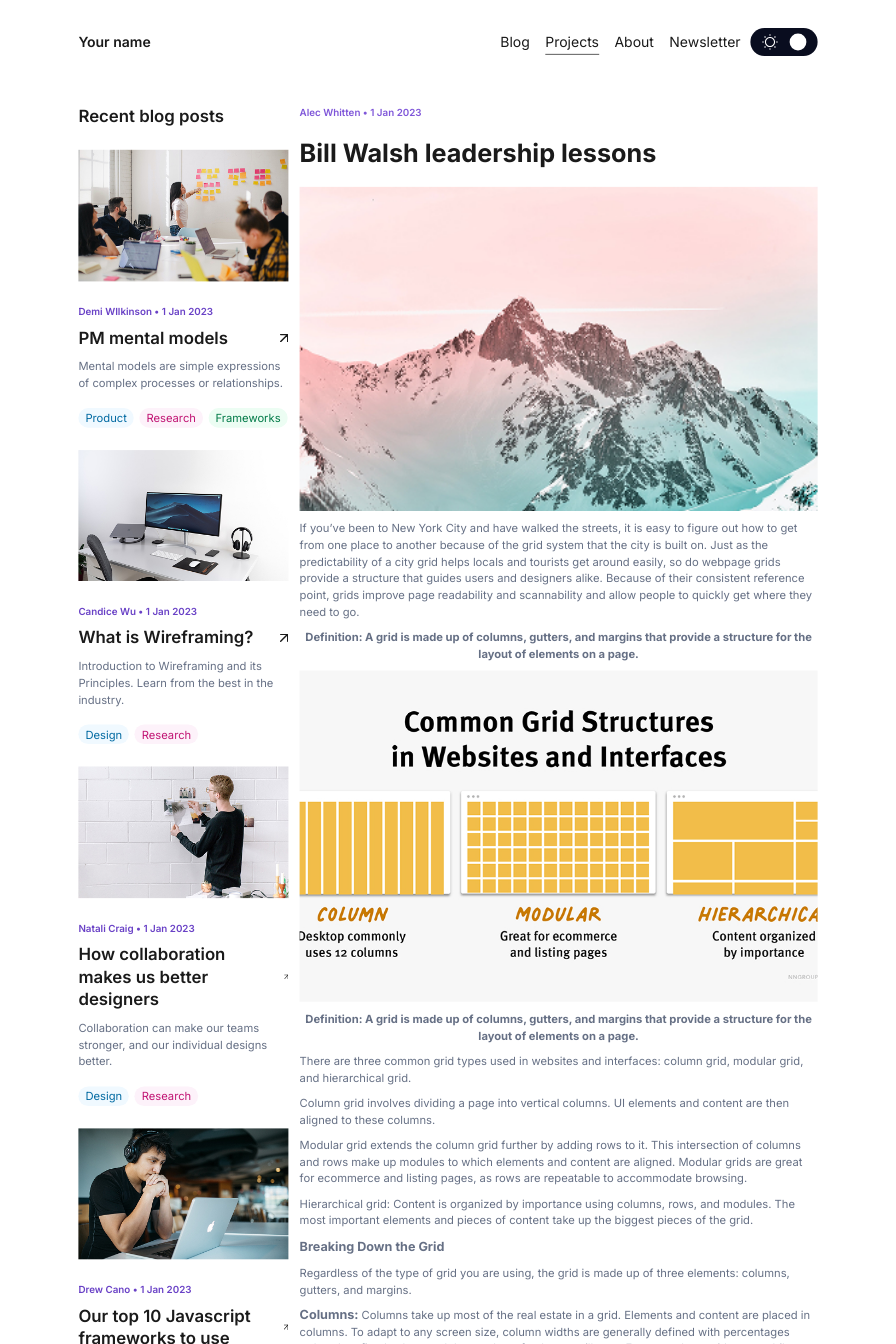
Repository: RawanBarakat-hub/task-6-adv
Page: /projects/1
An editor plug-in stored every save of this project. The page is shown before and after the next save, followed by the edit.
The browser window is 1280 px wide. The pictures show the part of the page from y = 0 to 1920 px (the page is 8062 px tall), at 70% of full size.
The project was rebuilt for these pictures with package versions that can differ from the ones it lists, and the page was loaded fresh each time. Also part of the build but not shown: vite.config.ts, src/components/HeroHome/HeroHome.tsx, src/components/PaginationLink/PaginationLink.tsx, src/components/Pagination/Pagination.tsx, src/components/SectionHomeAllBlogs/SectionHomeAllBlogs.tsx, src/components/SectionHomeRecentBlogs/SectionHomeRecentBlogs.tsx, src/components/MainHome/MainHome.tsx, src/pages/Home.tsx and 3 more.

Above is the page before, as saved 2026-02-25 01:14:44.

After the next save:
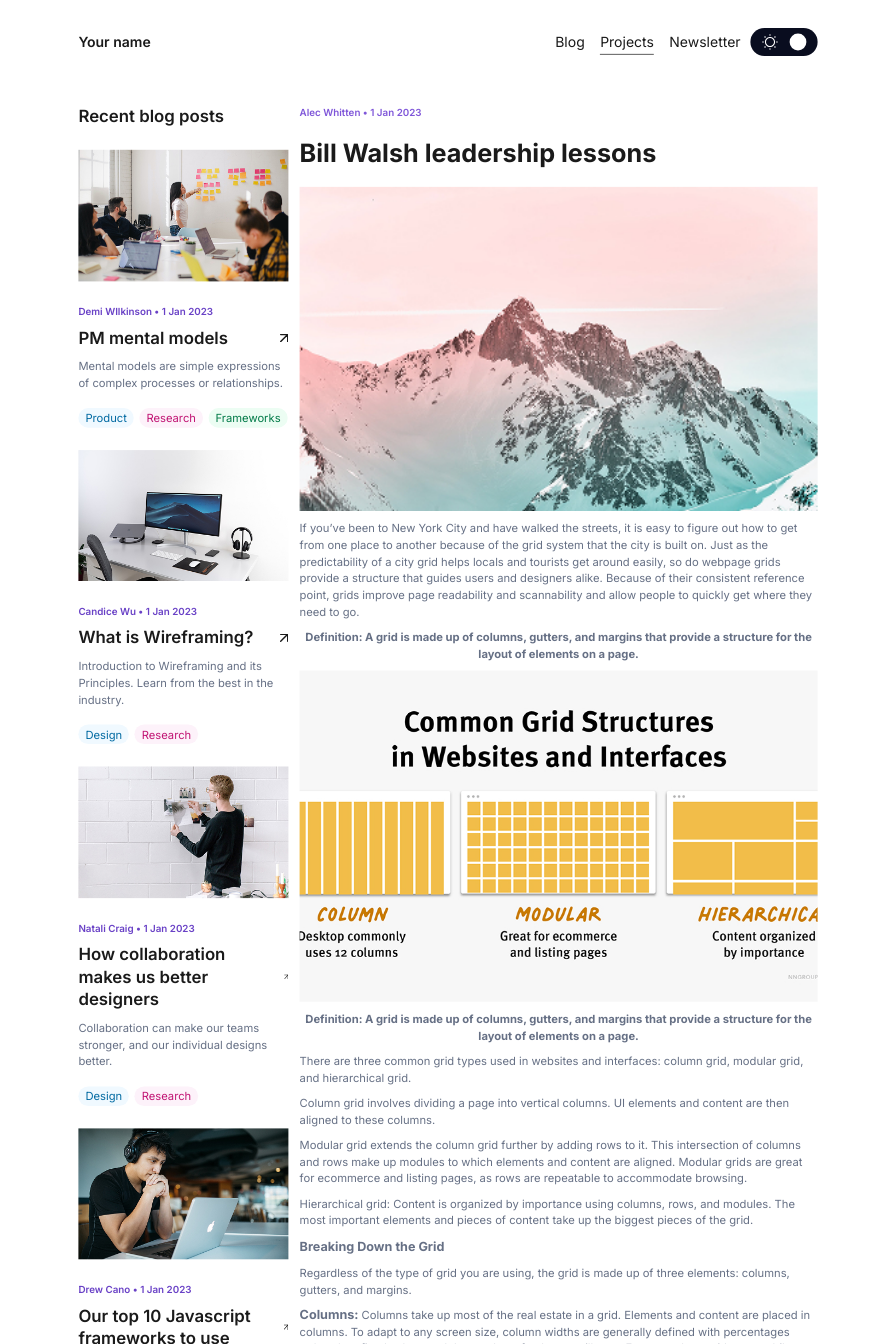
Saved 40 s later.
--- a/src/pages/Root.tsx
+++ b/src/pages/Root.tsx
@@ -15,10 +15,6 @@ const Root = () => {
         {
             url:"/projects",
             text:"Projects"
-        },
-        {
-            url:"/",
-            text:"About"
         },
         {
             url:"/news",
